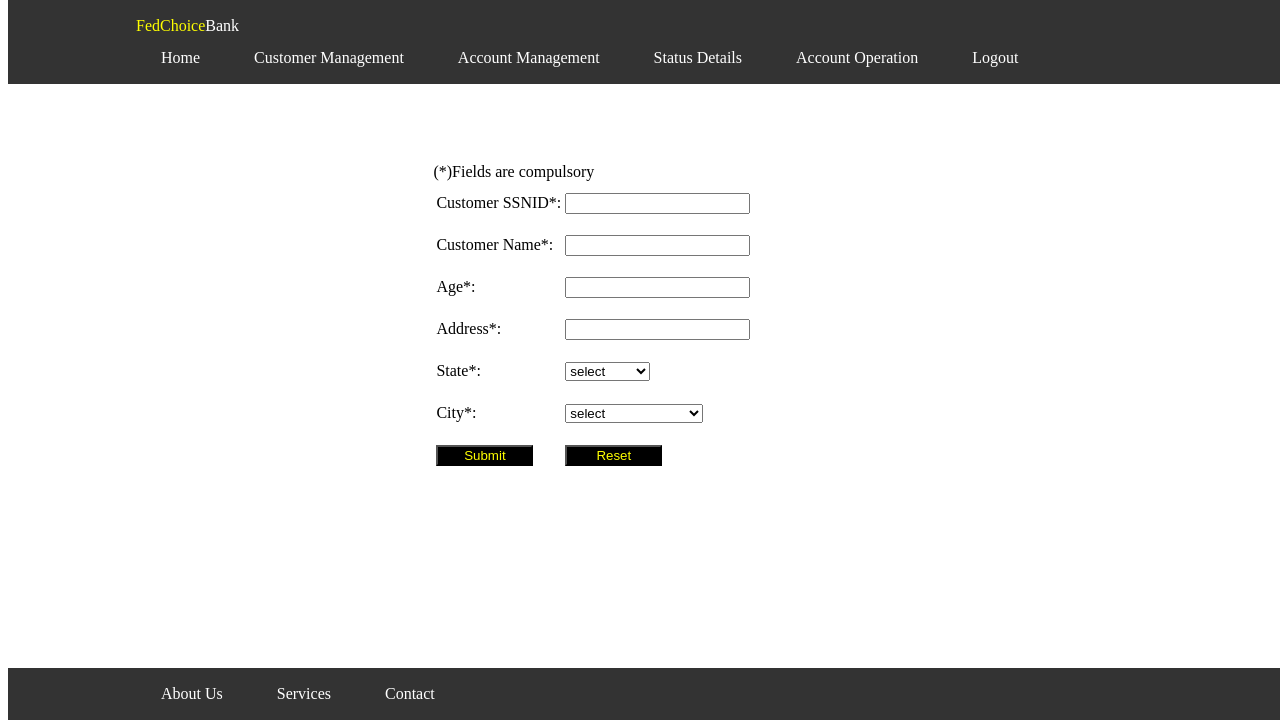
Repository: gopikavinod/RBM
Page: http://localhost/Retail_Bank_Management/userLogged.jsp
An editor plug-in stored every save of this project. The page is shown before and after the next save, followed by the edit.
The browser window is 1280 px wide. The pictures show the whole page.
The page is served by Tomcat 9.

Above is the page before, as saved 2020-06-15 11:09:43.

After the next save:
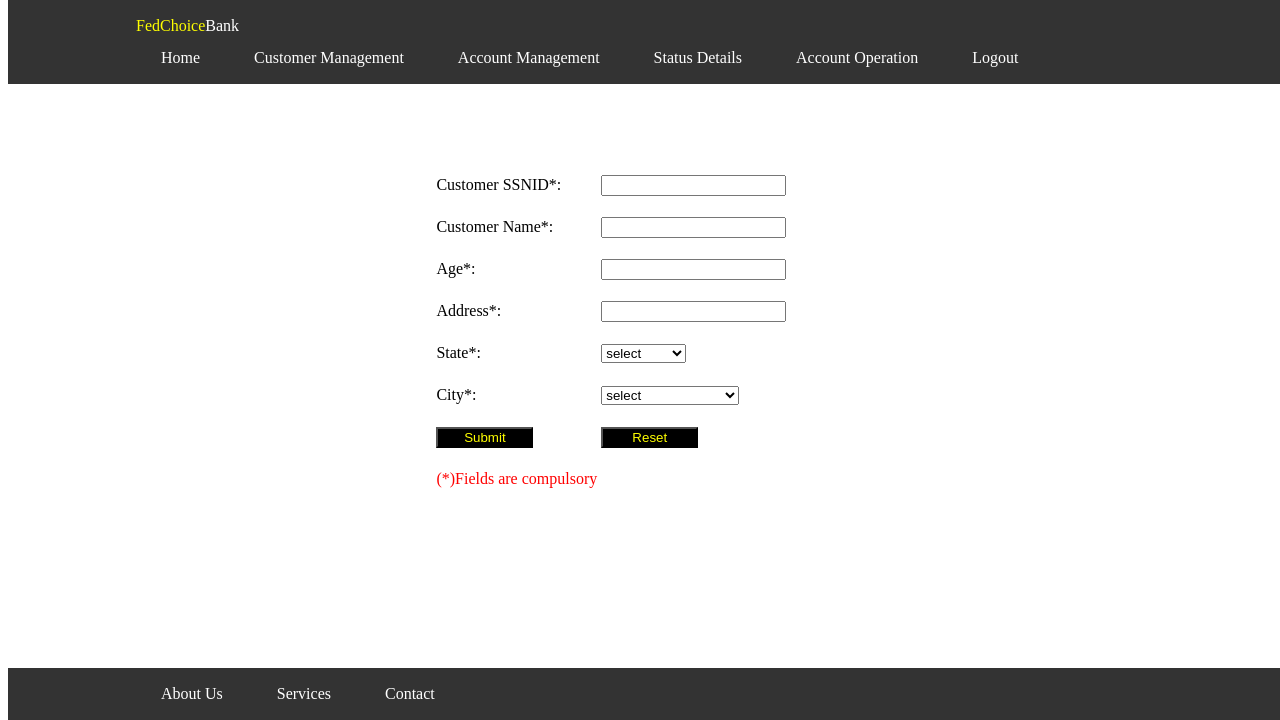
Saved 44 s later.
--- a/eclipse-workspace/Retail Bank Management/WebContent/userLogged.jsp
+++ b/eclipse-workspace/Retail Bank Management/WebContent/userLogged.jsp
@@ -126,8 +126,9 @@
 <td><input type="submit" value="Submit" style="background-color: black;color: yellow ;width:97px"></td>
 <td><input type="reset" value="Reset" style="background-color: black;color: yellow ;width:97px"></td>
 </tr>
-<tr style="color: red;">
-(*)Fields are compulsory
+<tr >
+<td style="color: red;"> (*)Fields are compulsory</td>
+
 </tr>
 </table>
 
